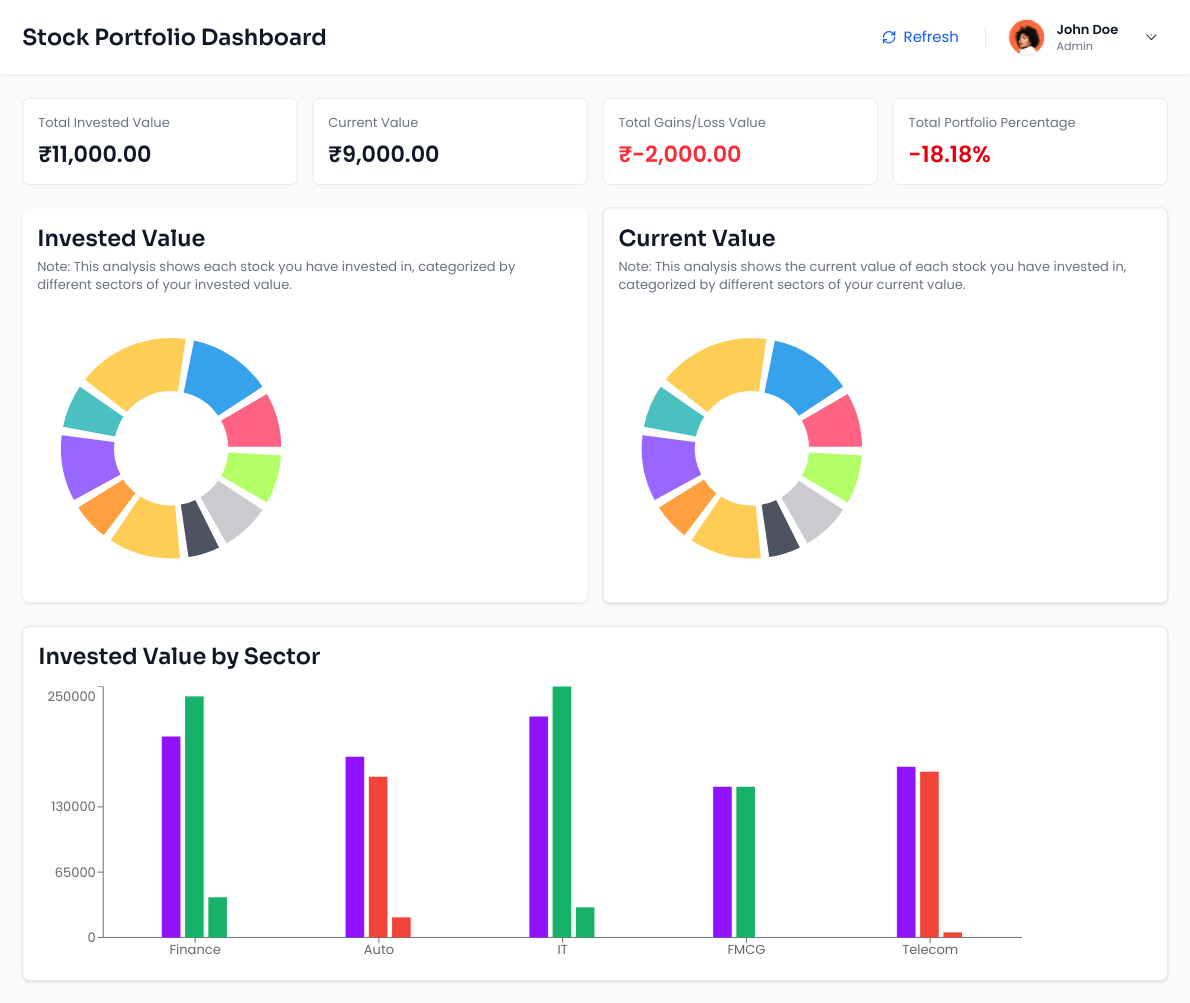
Repository: jabir12-12/inten-project
Page: /
An editor plug-in stored every save of this project. The page is shown before and after the next save, followed by the edit.
The browser window is 1280 px wide. The pictures show the whole page, at 93% of full size.
The project was rebuilt for these pictures with package versions that can differ from the ones it lists, and the page was loaded fresh each time. The framework's server and built-in components were replaced by stand-ins that run in the browser. Also part of the build but not shown: next.config.ts.

Above is the page before, as saved 2025-05-17 15:59:22.

After the next save:
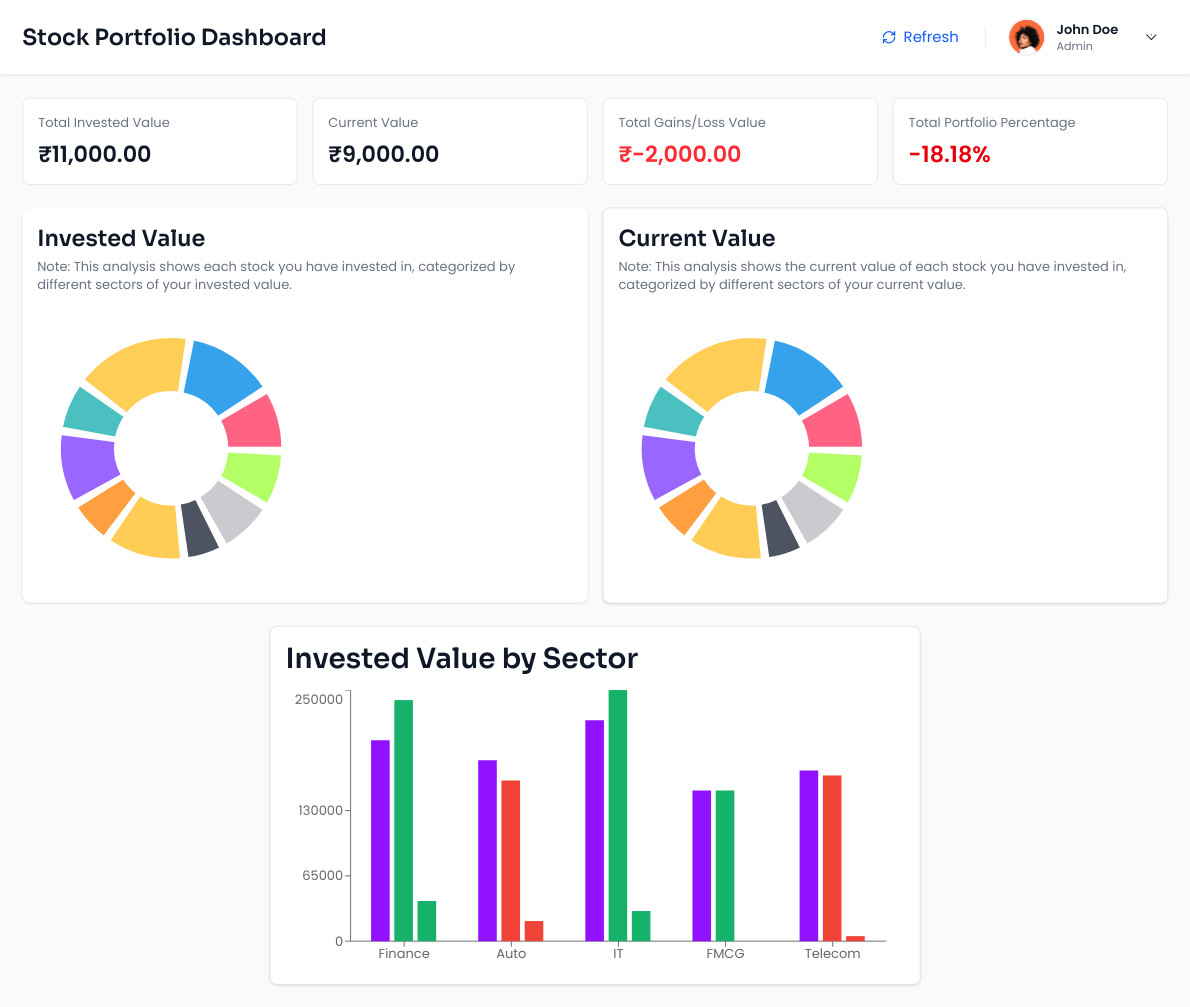
Saved 4 min 41 s later.
--- a/src/pages/index.tsx
+++ b/src/pages/index.tsx
@@ -261,9 +261,12 @@ export default function Home() {
             </ResponsiveContainer>
           </div>
         </div>
-        <div className='flex flex-col gap-4 border border-gray-200 rounded-lg p-4 bg-white shadow-sm '>
-          <h1 className="text-gray-900 font-semibold text-xl md:text-2xl">Invested Value by Sector</h1>
-          <ResponsiveContainer width="90%" height={300}>
+        <div className="flex flex-col gap-4 border border-gray-200 rounded-lg p-4 bg-white shadow-sm max-w-full w-full sm:w-[90vw] md:w-[600px] lg:w-[700px] mx-auto">
+          <h1 className="text-gray-900 font-semibold text-xl sm:text-2xl md:text-3xl">
+            Invested Value by Sector
+          </h1>
+
+          <ResponsiveContainer width="100%" height={300}>
             <BarChart
               data={barChartData}
               barGap={5}
@@ -277,6 +280,7 @@ export default function Home() {
                 fontSize={14}
                 fontWeight={400}
                 fill="#667085"
+                interval="preserveStartEnd"
               />
               <YAxis
                 domain={[0, 'dataMax']}
@@ -285,8 +289,6 @@ export default function Home() {
                 fontWeight={400}
                 fill="#667085"
               />
-
-              {/* Custom Tooltip to show colors matching bars */}
               <Tooltip
                 cursor={false}
                 isAnimationActive={true}
@@ -314,30 +316,25 @@ export default function Home() {
                   );
                 }}
               />
-
               <Legend wrapperStyle={{ display: 'none' }} />
-
-              {/* Bars */}
               <Bar dataKey="invested" name="Invested" fill="#9012FF" barSize={20} />
-
               <Bar
                 dataKey="current"
                 name="Current Value"
                 barSize={20}
                 fill="#ccc"
-                shape={(props: any) => {
+                shape={(props) => {
                   const { x, y, width, height, payload } = props;
                   const fill = payload.current >= payload.invested ? "#17B26A" : "#F04438";
                   return <rect x={x} y={y} width={width} height={height} fill={fill} />;
                 }}
               />
-
               <Bar
                 dataKey={(entry) => Math.abs(entry.current - entry.invested)}
                 name="Gain/Loss"
                 barSize={20}
                 fill="#ccc"
-                shape={(props: any) => {
+                shape={(props) => {
                   const { x, y, width, height, payload } = props;
                   const fill = payload.current >= payload.invested ? "#17B26A" : "#F04438";
                   return <rect x={x} y={y} width={width} height={height} fill={fill} />;
@@ -345,9 +342,8 @@ export default function Home() {
               />
             </BarChart>
           </ResponsiveContainer>
-
-
-        </div>
+        </div>
+
 
 
       </div>
